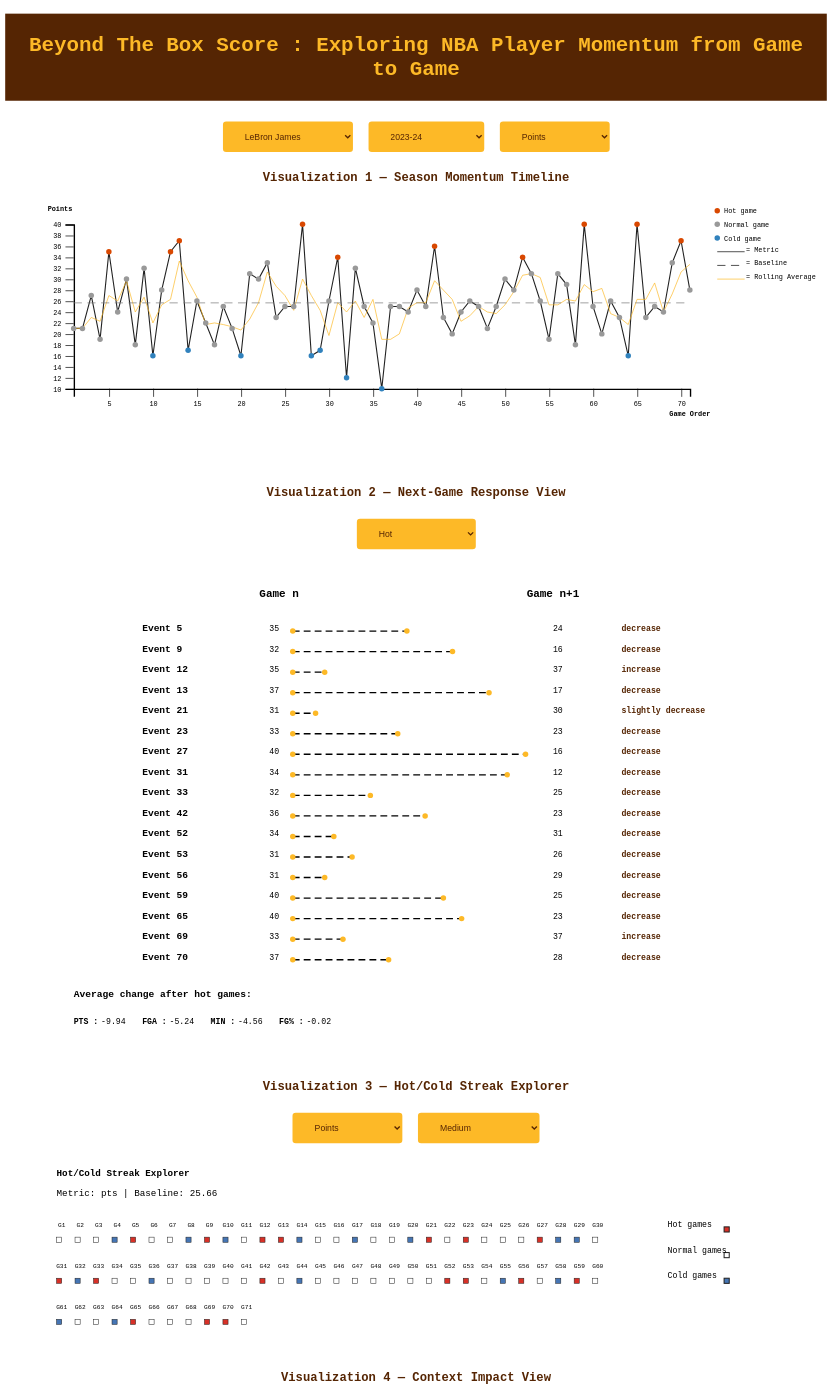
Repository: houdafatih/Data-Viz-Project
Page: index.html
The author's editor kept a copy of each file at every save. The page is drawn from the files as they stood at one save, then again after the next save.
The browser window is 1280 px wide. The pictures show the whole page, at 65% of full size.

Above is the page before, as saved 2026-06-21 03:00:22.

After the next save:
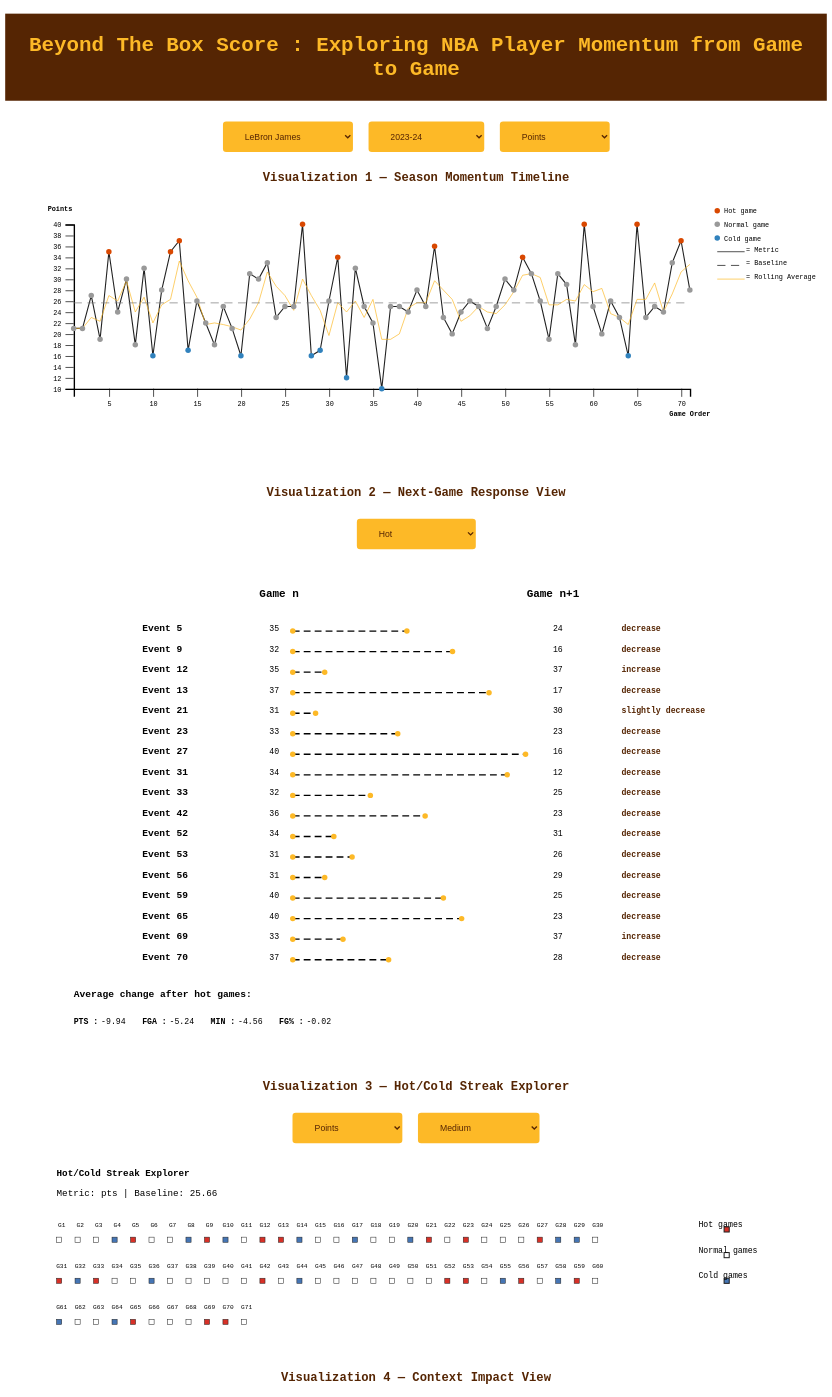
Saved 15 s later.
--- a/scripts/visualization3.js
+++ b/scripts/visualization3.js
@@ -104,5 +104,5 @@
     .attr("width",5).attr("height",5).attr("fill",d => d.color).attr("stroke","#222")
 
     svg.selectAll(".legend-tex").data(colors_labels).enter().append("text").attr("class",".legend-tex")
-    .attr("x",canvas.width - 155).attr("y",(d,j) => 75 + j * 25).attr("font-size","8px").text(d => d.lab)
+    .attr("x",canvas.width - 125).attr("y",(d,j) => 75 + j * 25).attr("font-size","8px").text(d => d.lab)
 }
